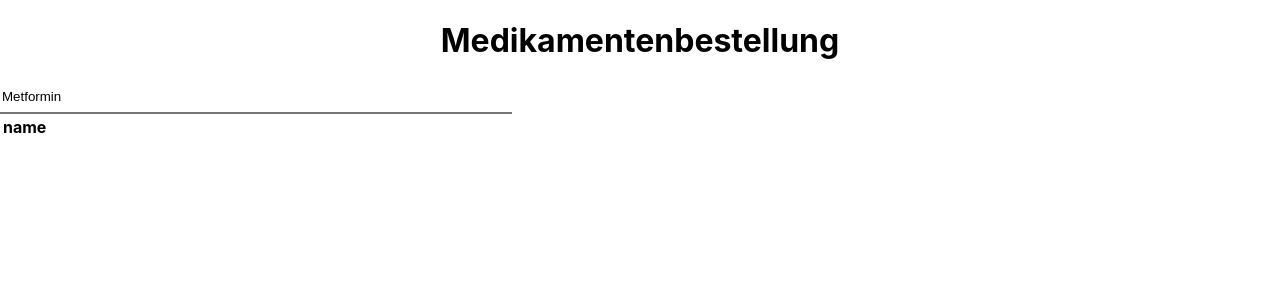
Repository: Esatollah/MedDemo
Page: / (app in client/)
The author's editor kept a copy of each file at every save. The page is drawn from the files as they stood at one save, then again after the next save.
The browser window is 1280 px wide. The pictures show the whole page.
The page's requests for data from a server got no answer. The project was rebuilt for these pictures with package versions that can differ from the ones it lists, and the page was loaded fresh each time. No one was signed in, and anything a server would have sent is missing. Also part of the build but not shown: client/src/App.css.

Above is the page before, as saved 2022-05-31 16:07:06.

### client/src/App.js
import './App.css';
import SearchBar from './components/Search';
function App() {
  return (
    <div>
      <SearchBar></SearchBar>
    </div>
  );
}

export default App;

### client/src/components/Search.jsx
import React, {useState, useEffect} from 'react'
import DrugAPI from '../api/DrugAPI';
import './Search.css'
const Search = () => {
  const [searchinput, setSearchinput] = useState("Metformin");
  const [drugs, setDrugs] = useState([]);

  useEffect(() => {
    const fetchData = async () => {
      try {
        const result = await DrugAPI.get(`/?drugsearch=${searchinput}`)
        setDrugs(result.data.meds)
      } catch (err) {
        console.error(err);
      }
    }

    fetchData();

  }, [searchinput])

  return (
    <>
        <h1>Medikamentenbestellung</h1>
        <input type="search" name="" id="okhre" value={searchinput} onChange={e => setSearchinput(e.target.value)}/>
        <div className='table-box'>
        <table>
          <thead>
            <tr>
              <th scope='col'>
                name
              </th>
            </tr>
          </thead>
          <tbody>
            {drugs && drugs.map((x) => {
              return (
                <tr key={x.id}>
                <td>{x.name}</td>
                </tr>
              )
            })}
          </tbody>

        </table>
        </div>
    </>
    )
}

export default Search

### client/src/api/DrugAPI.js
import axios from 'axios'

export default axios.create({
    baseURL: "http://localhost:5000/api"
})

### client/src/components/Search.css
#okhre {
    width:40%;
    height: 2rem;
    outline:none;
    border-top: hidden;
    border-right: hidden;
    border-left: hidden;
}

.table-box {
    max-height: 400px;
    overflow-y: auto;
}

h1 {
    display:flex;
    justify-content: center;
}

Loaded but not shown: client/public/index.html (common file); client/src/index.js (common file); client/src/index.css (common file)

After the next save:
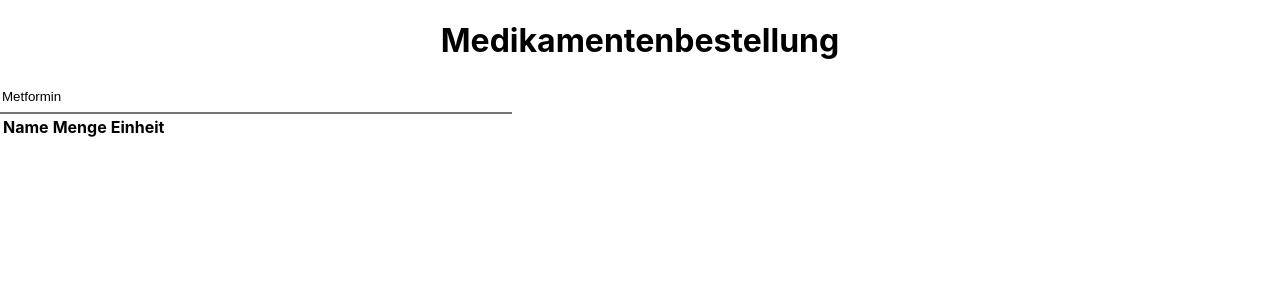
Saved 3 min 1 s later.
--- a/client/src/components/Search.jsx
+++ b/client/src/components/Search.jsx
@@ -28,8 +28,10 @@ const Search = () => {
           <thead>
             <tr>
               <th scope='col'>
-                name
+                Name
               </th>
+              <th scope='col'>Menge</th>
+              <th scope='col'>Einheit</th>
             </tr>
           </thead>
           <tbody>
